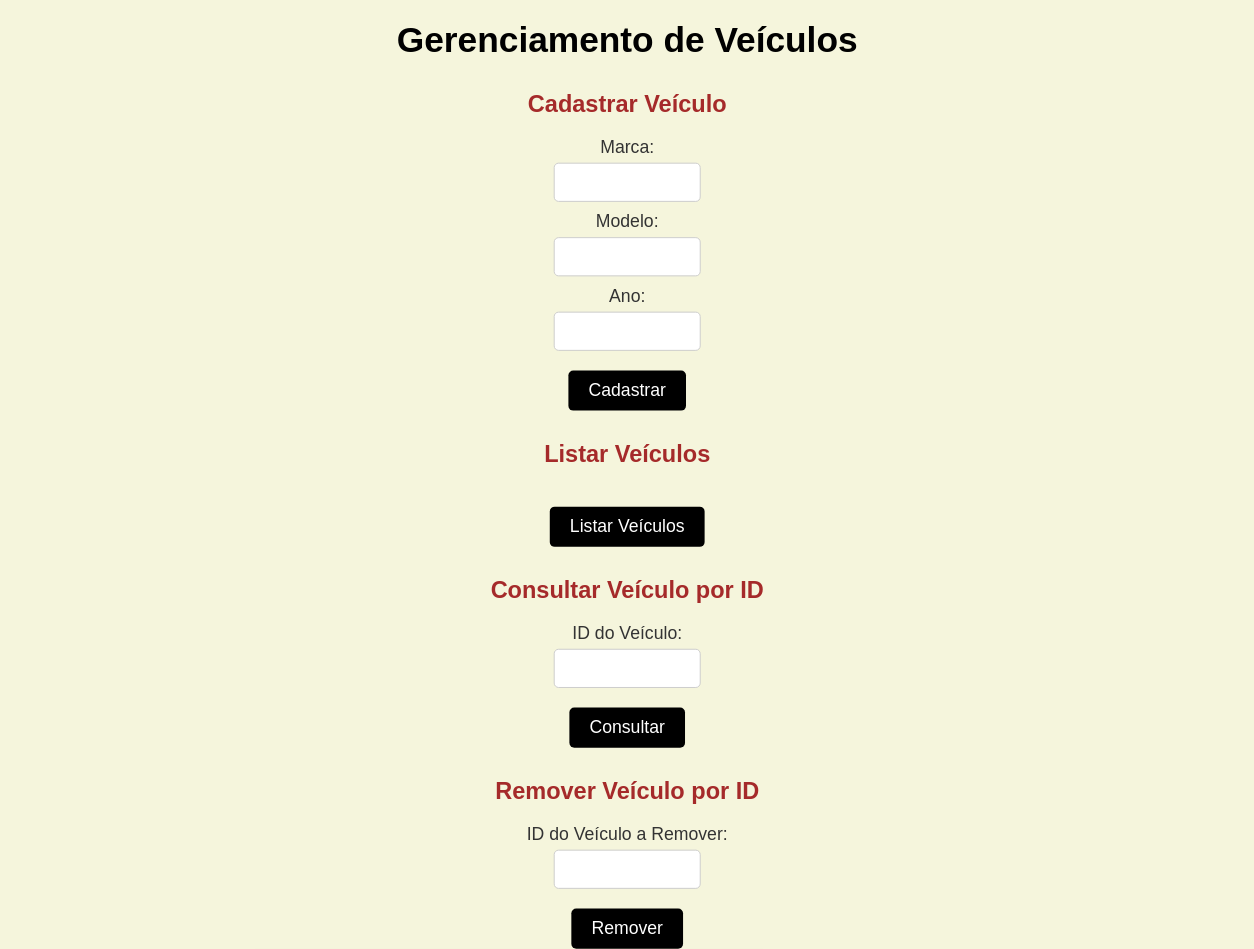
Repository: joaomadeira1208/Exercicio3
Page: veiculos/src/main/resources/index.html
The author's editor kept a copy of each file at every save. The page is drawn from the files as they stood at one save, then again after the next save.
The browser window is 1280 px wide. The pictures show the whole page, at 98% of full size.

Above is the page before, as saved 2023-09-14 22:05:56.

After the next save:
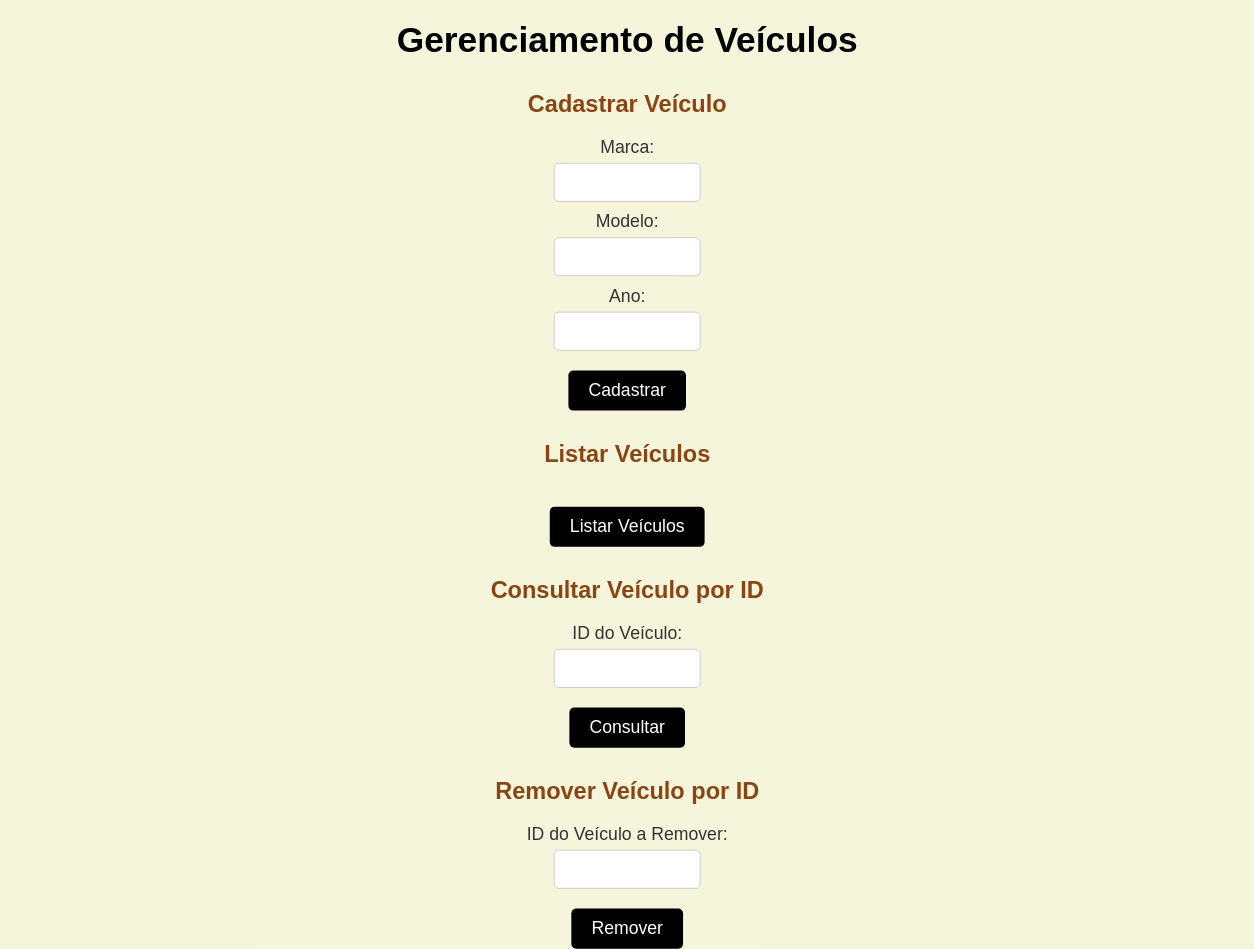
Saved 39 s later.
--- a/veiculos/src/main/resources/index.html
+++ b/veiculos/src/main/resources/index.html
@@ -22,7 +22,7 @@ h1 {
 /* Estilo para os subtítulos (h2) */
 h2 {
     font-size: 24px;
-    color: #A52A2A;
+    color: #8B4513;
     margin-top: 30px;
 }
 
